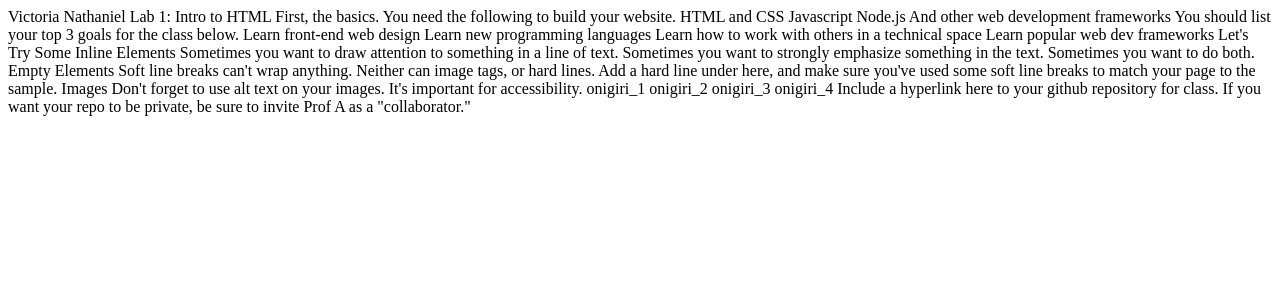
Repository: vnath22/INST377-Lab-Work
Page: client/lab_1/index.html
These files come from the project's save history. The page is drawn as it stood at one moment and after the next save; the edit follows.
The browser window is 1280 px wide. The pictures show the whole page.

Above is the page before, as saved 2022-01-26 22:08:34.

After the next save:
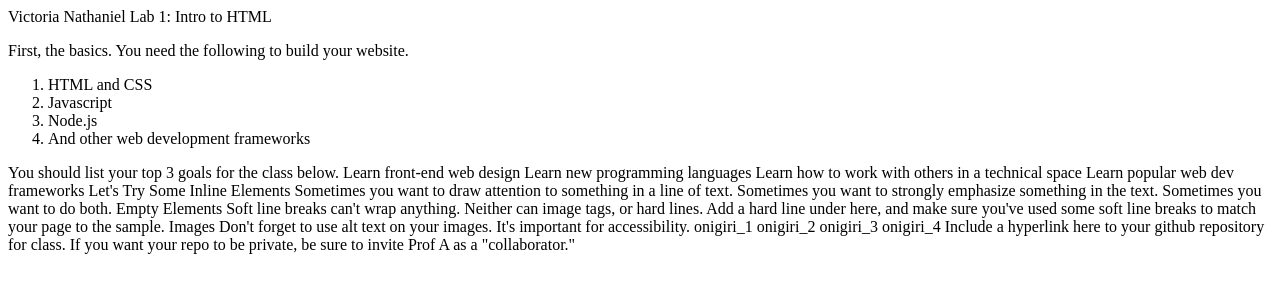
Saved 15 h 11 min later.
--- a/client/lab_1/index.html
+++ b/client/lab_1/index.html
@@ -1,13 +1,18 @@
-Victoria Nathaniel Lab 1: Intro to HTML
+<!DOCTYPE html>
+<html>
+    <head>Victoria Nathaniel Lab 1: Intro to HTML</head>
 
-First, the basics.
+    <p> First, the basics. You need the following to build your website.</p>
 
-You need the following to build your website.
+    <ol>
+        <li>HTML and CSS</li>
+        <li>Javascript</li>
+        <li>Node.js</li>
+        <li>And other web development frameworks</li>
+    </ol>
 
-HTML and CSS
-Javascript
-Node.js
-And other web development frameworks
+
+
 
 You should list your top 3 goals for the class below.
 
@@ -37,5 +42,6 @@ onigiri_2
 onigiri_3
 onigiri_4
 
+</html>
 Include a hyperlink here to your github repository for class.
 If you want your repo to be private, be sure to invite Prof A as a "collaborator."
